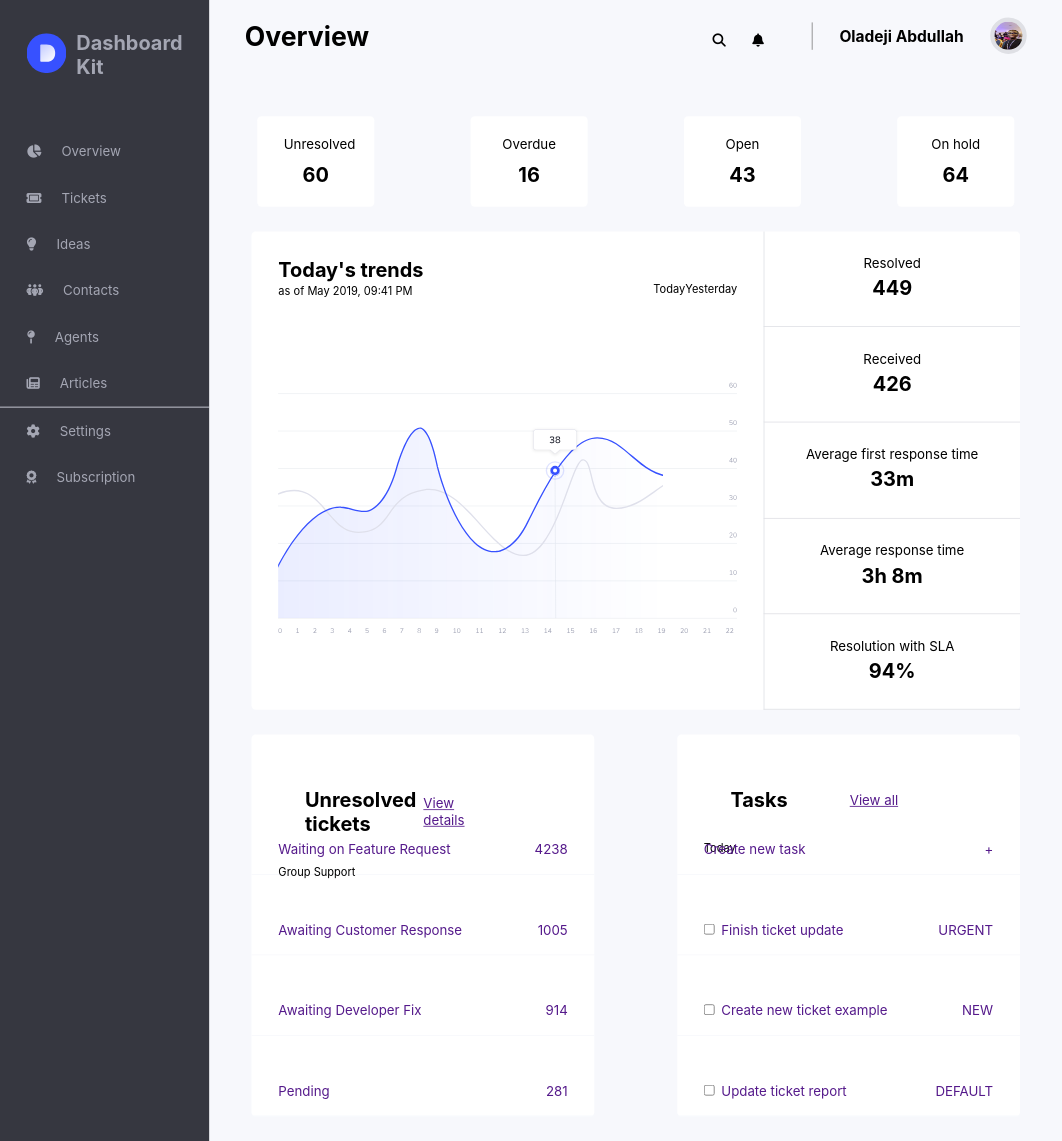
Repository: BuduCE/dashboard
Page: /
The author's editor kept a copy of each file at every save. The page is drawn from the files as they stood at one save, then again after the next save.
The browser window is 1280 px wide. The pictures show the whole page, at 83% of full size.
Some web libraries are served in a nearby version. The project was rebuilt for these pictures with package versions that can differ from the ones it lists, and the page was loaded fresh each time. Also part of the build but not shown: src/pages/Tickets/index.jsx, src/components/common/Logo/styles.css.

Above is the page before, as saved 2022-08-06 00:17:37.

### public/index.html
<!DOCTYPE html>
<html lang="en">
  <head>
    <meta charset="utf-8" />
    <link rel="icon" href="%PUBLIC_URL%/favicon.ico" />
    <meta name="viewport" content="width=device-width, initial-scale=1" />
    <meta name="theme-color" content="#000000" />
    <meta
      name="description"
      content="Web site created using create-react-app"
    />
    <link rel="apple-touch-icon" href="%PUBLIC_URL%/logo192.png" />
    <!--
      manifest.json provides metadata used when your web app is installed on a
      user's mobile device or desktop. See https://developers.google.com/web/fundamentals/web-app-manifest/
    -->
    <link rel="manifest" href="%PUBLIC_URL%/manifest.json" />
    <!--
      Notice the use of %PUBLIC_URL% in the tags above.
      It will be replaced with the URL of the `public` folder during the build.
      Only files inside the `public` folder can be referenced from the HTML.

      Unlike "/favicon.ico" or "favicon.ico", "%PUBLIC_URL%/favicon.ico" will
      work correctly both with client-side routing and a non-root public URL.
      Learn how to configure a non-root public URL by running `npm run build`.
    -->

    <!-- Font-Awesome  -->
    <link
      rel="stylesheet" href="https://cdnjs.cloudflare.com/ajax/libs/font-awesome/6.1.1/css/all.min.css" integrity="sha512-KfkfwYDsLkIlwQp6LFnl8zNdLGxu9YAA1QvwINks4PhcElQSvqcyVLLD9aMhXd13uQjoXtEKNosOWaZqXgel0g==" crossorigin="anonymous" referrerpolicy="no-referrer"
    />
    <title>Admin Dashboard</title>
  </head>
  <body>
    <noscript>You need to enable JavaScript to run this app.</noscript>
    <div id="root"></div>
    <!--
      This HTML file is a template.
      If you open it directly in the browser, you will see an empty page.

      You can add webfonts, meta tags, or analytics to this file.
      The build step will place the bundled scripts into the <body> tag.

      To begin the development, run `npm start` or `yarn start`.
      To create a production bundle, use `npm run build` or `yarn build`.
    -->
  </body>
</html>

### src/index.css
* {
  margin: 0;
  padding: 0;
  box-sizing: border-box;
}
body {
  margin: 0;
  font-family: -apple-system, BlinkMacSystemFont, 'Segoe UI', 'Roboto', 'Oxygen',
    'Ubuntu', 'Cantarell', 'Fira Sans', 'Droid Sans', 'Helvetica Neue',
    sans-serif;
  -webkit-font-smoothing: antialiased;
  -moz-osx-font-smoothing: grayscale;
  background: rgba(54, 55, 64, 1);
}

code {
  font-family: source-code-pro, Menlo, Monaco, Consolas, 'Courier New',
    monospace;
}

### src/App.js
import './App.css';
// import Overview from './pages/Overview';
// import Header from './components/common/Header';
import Sidenav from './components/common/SideNav';
// import Login from './pages/Login';

function App() {
  return (
    <div className="App">
      <Sidenav />
      {/* <Login /> */}
    </div>
  );
}

export default App;

### src/components/common/SideNav/index.jsx
import React from 'react'
import Overview from '../../../pages/Overview'
import Tickets from '../../../pages/Tickets'
import Header from '../Header'
import Logo from '../Logo'
import './styles.css'

const Sidenav = () => {
  return (
    <div className='dashboard'>
        <div className="navbar">
            <div className="logo">
                <Logo />
                <h1>Dashboard Kit</h1>
            </div>
            <div className="heading">
                <i className='fas fa-chart-pie'></i>
                <p>Overview</p>
            </div>
            <div className="heading">
                <i className='fas fa-ticket'></i>
                <p>Tickets</p>
            </div>
            <div className="heading">
                <i className='fas fa-lightbulb'></i>
                <p>Ideas</p>
            </div>
            <div className="heading">
                <i className='fas fa-people-group'></i>
                <p>Contacts</p>
            </div>
            <div className="heading">
                <i className='fas fa-map-pin'></i>
                <p>Agents</p>
            </div>
            <div className="heading divider">
                <i className='fas fa-newspaper'></i>
                <p>Articles</p>
            </div>
            <div className="heading">
                <i className='fas fa-gear'></i>
                <p>Settings</p>
            </div>
            <div className="heading">
                <i className='fas fa-award'></i>
                <p>Subscription</p>
            </div>

        </div>
        <div className="info">
            {/* <Header /> */}
            <Overview />
            {/* <Tickets /> */}
        </div>
    </div>
  )
}

export default Sidenav

### src/pages/Overview/index.jsx
import React from 'react'
import './styles.css'
import TrendMap from './graph.svg'
import Header from '../../components/common/Header'

const Overview = () => {
  return (
    <>
        <Header />
        <div className='overview_pg'>
            {/* Specific status */}
            <div className="overview_stat">
                <div className="overview_info">
                    <p>Unresolved</p>
                    <h2>60</h2>
                </div>
                <div className="overview_info">
                    <p>Overdue</p>
                    <h2>16</h2>
                </div>
                <div className="overview_info">
                    <p>Open</p>
                    <h2>43</h2>
                </div>
                <div className="overview_info">
                    <p>On hold</p>
                    <h2>64</h2>
                </div>
            </div>

            {/* Today's trend */}
            <div className="trends">
                <div className="trends_head">
                    <div className="trends_headT">
                        <div className="trend_title">
                            <h2>Today's trends</h2>
                        </div>
                        <div className="trend_title_stat">
                            <div className="trend_date">
                                <small>as of May 2019, 09:41 PM</small>
                            </div>
                            <div className="trend_day">
                                <small>Today</small>
                                <small>Yesterday</small>
                            </div>
                        </div>
                    </div>

                    <div className="trends_headB">
                        <img src={TrendMap} alt="Trend Chart" />
                    </div>
                </div>

                <div className="trends_summary">
                    <div className="summary_type">
                        <p>Resolved</p>
                        <h2>449</h2>
                    </div>
                    <div className="summary_type">
                        <p>Received</p>
                        <h2>426</h2>
                    </div>
                    <div className="summary_type">
                        <p>Average first response time</p>
                        <h2>33m</h2>
                    </div>
                    <div className="summary_type">
                        <p>Average response time</p>
                        <h2>3h 8m</h2>
                    </div>
                    <div className="summary_type">
                        <p>Resolution with SLA</p>
                        <h2>94%</h2>
                    </div>
                </div>
            </div>

            <div className="ticket_n_task">
                <div className="ticket">
                    <div className="ticket_head">
                        <div className="ticket_title">
                            <h2>Unresolved tickets</h2>
                            <a href="">View details</a>
                        </div>
                        <small>Group Support</small>
                    </div>
                    <div className="ticket_list">
                        <a href="">
                            <p>Waiting on Feature Request</p>
                            <p>4238</p>
                        </a>
                        <a href="">
                            <p>Awaiting Customer Response</p>
                            <p>1005</p>
                        </a>
                        <a href="">
                            <p>Awaiting Developer Fix</p>
                            <p>914</p>
                        </a>
                        <a href="">
                            <p>Pending</p>
                            <p>281</p>
                        </a>
                    </div>
                </div>

                <div className="task">
                    <div className="ticket_head">
                        <div className="ticket_title">
                            <h2>Tasks</h2>
                            <a href="">View all</a>
                        </div>
                        <small>Today</small>
                    </div>

                    <div className="ticket_list">
                        <a href="">
                            <p>Create new task</p>
                            <p>+</p>
                        </a>
                        <a href="">
                            <div className='task_todo'>
                                <input type="checkbox" name="" id="" />
                                <label htmlFor="">Finish ticket update</label>
                            </div>

                            <p>URGENT</p>
                        </a>
                        <a href="">
                            <div className='task_todo'>
                                <input type="checkbox" name="" id="" />
                                <label htmlFor="">Create new ticket example</label>
                            </div>

                            <p>NEW</p>
                        </a>
                        <a href="">
                            <div className='task_todo'>
                                <input type="checkbox" name="" id="check" />
                                <label htmlFor="">Update ticket report</label>
                            </div>

                            <p>DEFAULT</p>
                        </a>
                    </div>
                </div>
            </div>
        </div>
    </>
  )
}

export default Overview

### src/components/common/Header/index.jsx
import React from 'react'
import './styles.css'
import budu from './budu.jpg'

const Header = () => {
  return (
    <div className='head_er'>
        <div className="headerL">
            <h1>Overview</h1>
        </div>
        <div className="headerR">
            <i className='fas fa-magnifying-glass icon'></i>
            <i className='fas fa-bell icon bell'></i>
            <h3>Oladeji Abdullah</h3>
            <img src={budu} alt="" />
        </div>
    </div>
  )
}

export default Header

### src/components/common/Logo/index.jsx
import React from 'react'
import companyLogo from './logo.svg'
import './styles.css'

const Logo = () => {
  return (
    <div className='logo_icon'>
        <img src={companyLogo} alt="" />
    </div>
  )
}

export default Logo

### src/components/common/SideNav/styles.css
.dashboard{
    display: grid;
    grid-template-columns: 1fr 5fr;
}
.navbar{
    padding: 37px 0;
    color: #A4A6B3;
}
.logo{
    display: flex;
    padding: 0 32px;
    padding-bottom: 59px;
    align-items: center;
}
.logo h1{
    margin-left: 12px;
    font-size: 1.5rem;
}
.heading{
    width: 100%;
    display: flex;
    padding: 18px 32px;
    align-items: center;
}
.heading p{
    margin-left: 24px;
}
.heading:hover{
    border-left: 1px solid #DDE2FF;
    color: #DDE2FF;
}
.info{
    background: #F7F8FC;
    /* height: 100vh; */
}
.divider{
    border-bottom: 1px solid #DFE0EB;
}

### src/pages/Overview/styles.css
.overview_pg{
    margin-top: 54px;
}
.overview_stat{
    display: grid;
    grid-template-columns: 1fr 1fr 1fr 1fr;
    /* justify-content: space-evenly; */
    width: 100%;
}
.overview_info{
    display: flex;
    flex-direction: column;
    text-align: center;
    /* border: 1px solid; */
    border-radius: 5px;
    padding: 24px 32px;
    background: #fff;
    box-shadow: 15px;
    width: 55%;
    margin: auto;
}
.overview_info:hover{
    color: blue;
    border: 1px blue solid;
}
.overview_info p{
    padding-bottom: 12px;
}

/* trend  */
.trends{
    width: 90%;
    background: #fff;
    margin: auto;
    border-radius: 5px;
    height: 80vh;
    margin-top: 30px;
    display: grid;
    grid-template-columns: 2fr 1fr;
    margin-top: 30px;
}
.trends_head{
    padding: 32px;
}
.trend_title_stat{
    display: flex;
    justify-content: space-between;
}
.trend_day{
    display: flex;
    justify-content: space-evenly;
}
.trends_headB img{
    width: 100%;
    margin-top: 54px;
    height: 55vh;
}

/* summary  */
.trends_summary{
    display: grid;
    grid-template-rows: 1fr 1fr 1fr 1fr 1fr;
}
.summary_type{
    padding: 28px;
    border-left: 1px solid #dfe0e5;
    border-bottom: 1px solid #dfe0e5;
    text-align: center;
}
.summary_type p{
    margin-bottom: 6px;
}

/* Tickets */
.ticket_n_task{
    display: grid;
    grid-template-columns: 1fr 1fr;
    width: 90%;
    margin: auto;
    margin-top: 30px;
    margin-bottom: 30px;
}
.ticket{
    margin-right: 50px;
}
.task{
    margin-left: 50px;
}
.ticket,.task{
    border-radius: 5px;
    background: #fff;
}
.ticket_head{
    padding: 32px;
    margin-bottom: 8px;
    width: 80%;
    height: 10vh;
}
.ticket_title{
    display: flex;
    justify-content: space-between;
    align-items: center;
}
.ticket_list a{
    text-decoration: none;
    display: flex;
    justify-content: space-between;
    align-items: center;
    padding: 20px 32px;
    border-bottom: 1px solid #F7F8FC;
    margin-top: 36px;
    align-items: center;
}
.task_todo{
    align-items: center;
}
.task_todo label{
    margin-left: 8px;
}

### src/pages/Tickets/styles.css
.ticket_pg{
    background: #fff;
    border-radius: 5px;
    height: 96vh;
    width: 95%;
    margin: auto;
    margin-top: 54px;
}
.ticket_title{
    display: flex;
    justify-content: space-between;
    padding: 32px;
}
.titleR, .titleR_icon{
    display: flex;
    justify-content: space-between;
    align-items: center;
    margin-left: 32px;
}
.titleR_icon p{
    margin-left: 8px;
}
/* .tab_head{
    display: grid;
    grid-template-columns: 3fr 2fr 2fr 1fr;
    margin: auto;
    padding: 0 77px 12px 31px;
    border-bottom: 1px solid #dfe0e5;
} */
.tab_info{
    display: grid;
    grid-template-columns: 3fr 2fr 2fr 1fr;
    margin: auto;
    padding: 24px 31px;
    border-bottom: 1px solid #dfe0e5;
}
.tab_info:hover{
    background: #F7F8FC;
}
.info_title{
    display: grid;
    grid-template-columns: 1fr 7fr;
}
.info_title img{
    width: 44px;
    height: 44px;
    border: 5px solid #dfe0e5;
    border-radius: 50%;
}
.ticket_tab{
    margin: auto;
}
.info_status{
    display: flex;
    /* grid-template-columns: 1fr 1fr; */
    justify-content: space-between;
    align-items: center;
}
.info_status button{
    padding: 5px 20px;
    border-radius: 40%;
    background: red;
    color: #fff;
    border: none;
}

### src/components/common/Header/styles.css
.head_er{
    display: flex;
    justify-content: space-between;
    width: 100%;
    height: 10vh;
    padding: 43px 43px;
    align-items: center;
}
.headerR{
    display: flex;
    justify-content: space-between;
    align-items: center;
}
.icon{
    width: 16px;
    height: 16px;
    padding: 5px 24px;
}
.bell{
    padding-right: 72px;
}
.headerR h3{
    padding: 5px 32px;
    border-left: 1px solid grey;
}
.headerR img{
    width: 44px;
    height: 44px;
    border-radius: 50%;
    border: 5px solid #dfe0e5;
}

Loaded but not shown: src/index.js (common file); src/reportWebVitals.js (common file); src/App.css (common file)

After the next save:
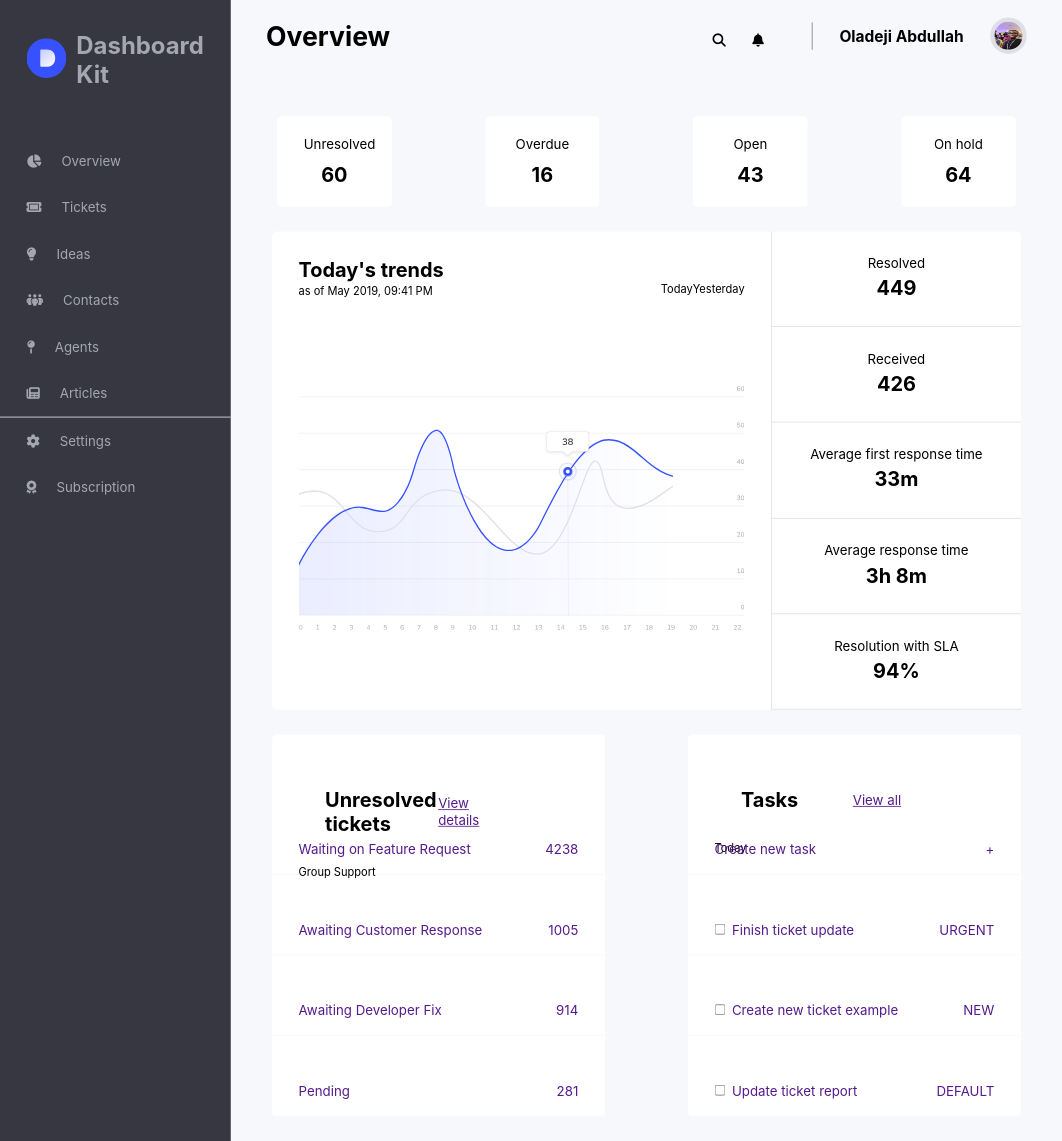
Saved 7 s later.
--- a/src/components/common/SideNav/styles.css
+++ b/src/components/common/SideNav/styles.css
@@ -14,7 +14,7 @@
 }
 .logo h1{
     margin-left: 12px;
-    font-size: 1.5rem;
+    font-size: 1.8rem;
 }
 .heading{
     width: 100%;
